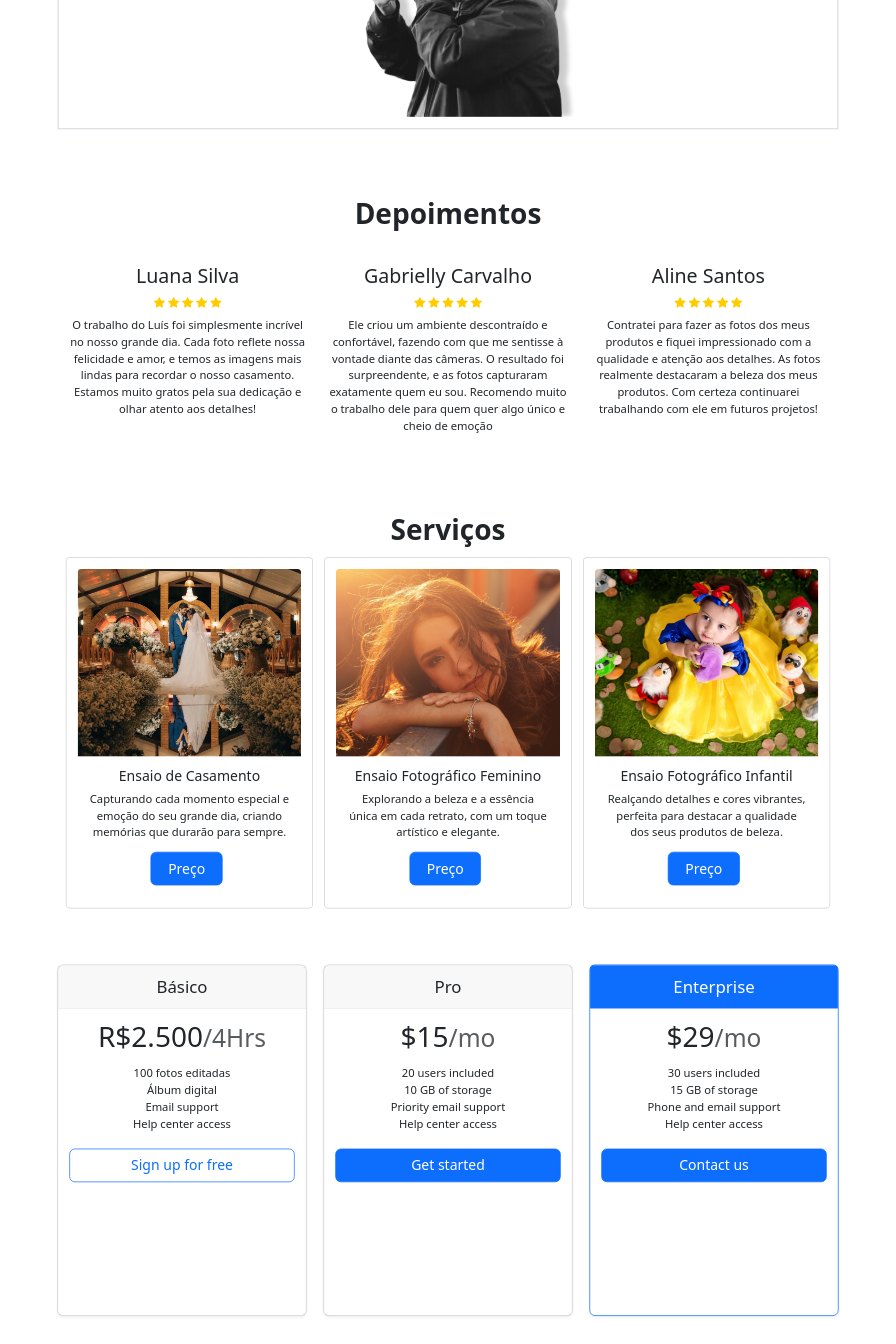
Repository: Marinalr-25/portifolio-fotografia
Page: index.html
The author's editor kept a copy of each file at every save. The page is drawn from the files as they stood at one save, then again after the next save.
The browser window is 1280 px wide. The pictures show the part of the page from y = 2107 to 4027 px (the page is 4027 px tall), at 70% of full size.
A picture or video elsewhere on the page could not be fetched, so the positions and the page height are approximate.

Above is the page before, as saved 2025-01-20 13:35:00.

After the next save:
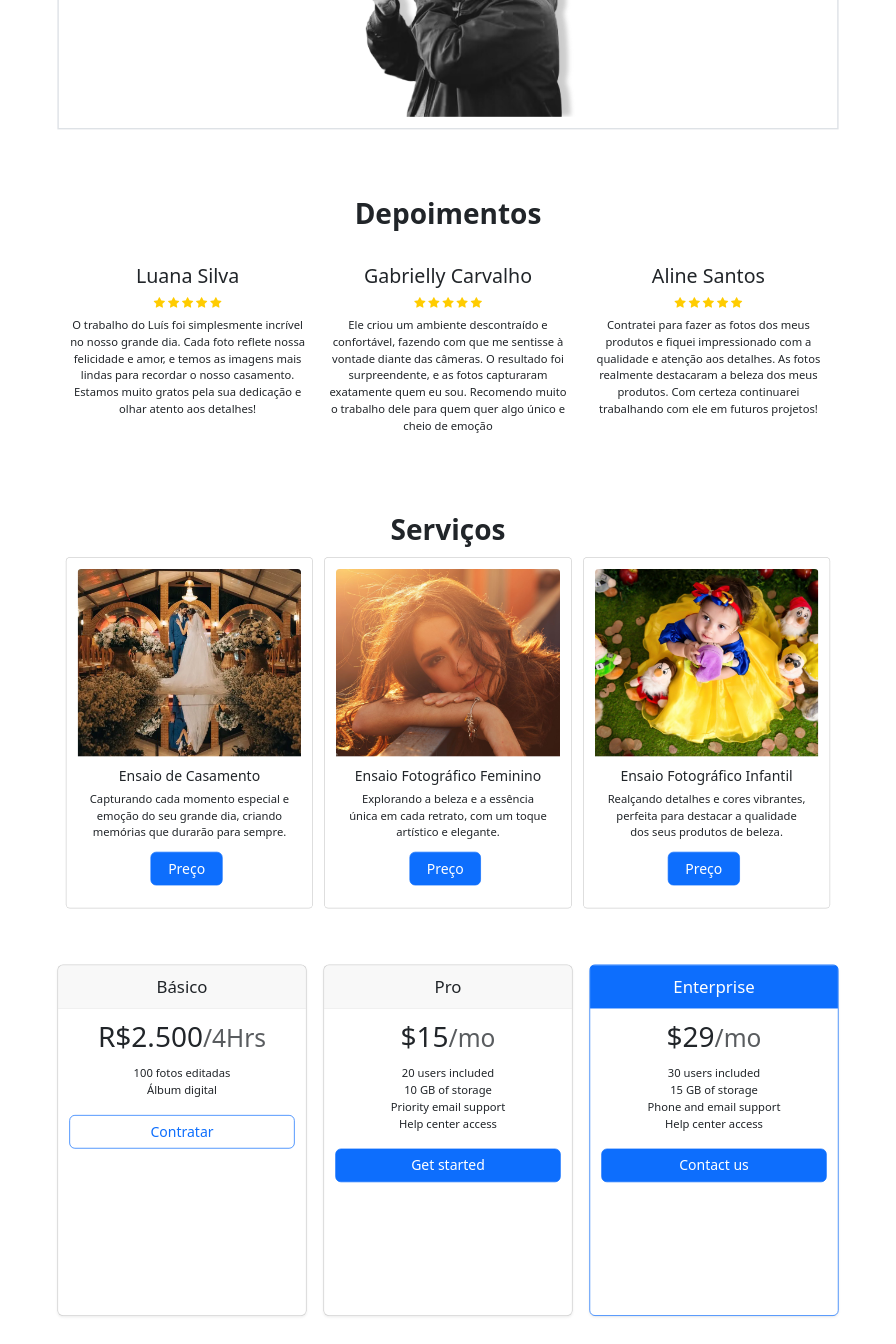
Saved 25 s later.
--- a/index.html
+++ b/index.html
@@ -358,14 +358,12 @@
               <ul class="list-unstyled mt-3 mb-4">
                 <li>100 fotos editadas</li>
                 <li>Álbum digital</li>
-                <li>Email support</li>
-                <li>Help center access</li>
               </ul>
               <button
                 type="button"
                 class="w-100 btn btn-lg btn-outline-primary"
               >
-                Sign up for free
+                Contratar
               </button>
             </div>
           </div>
